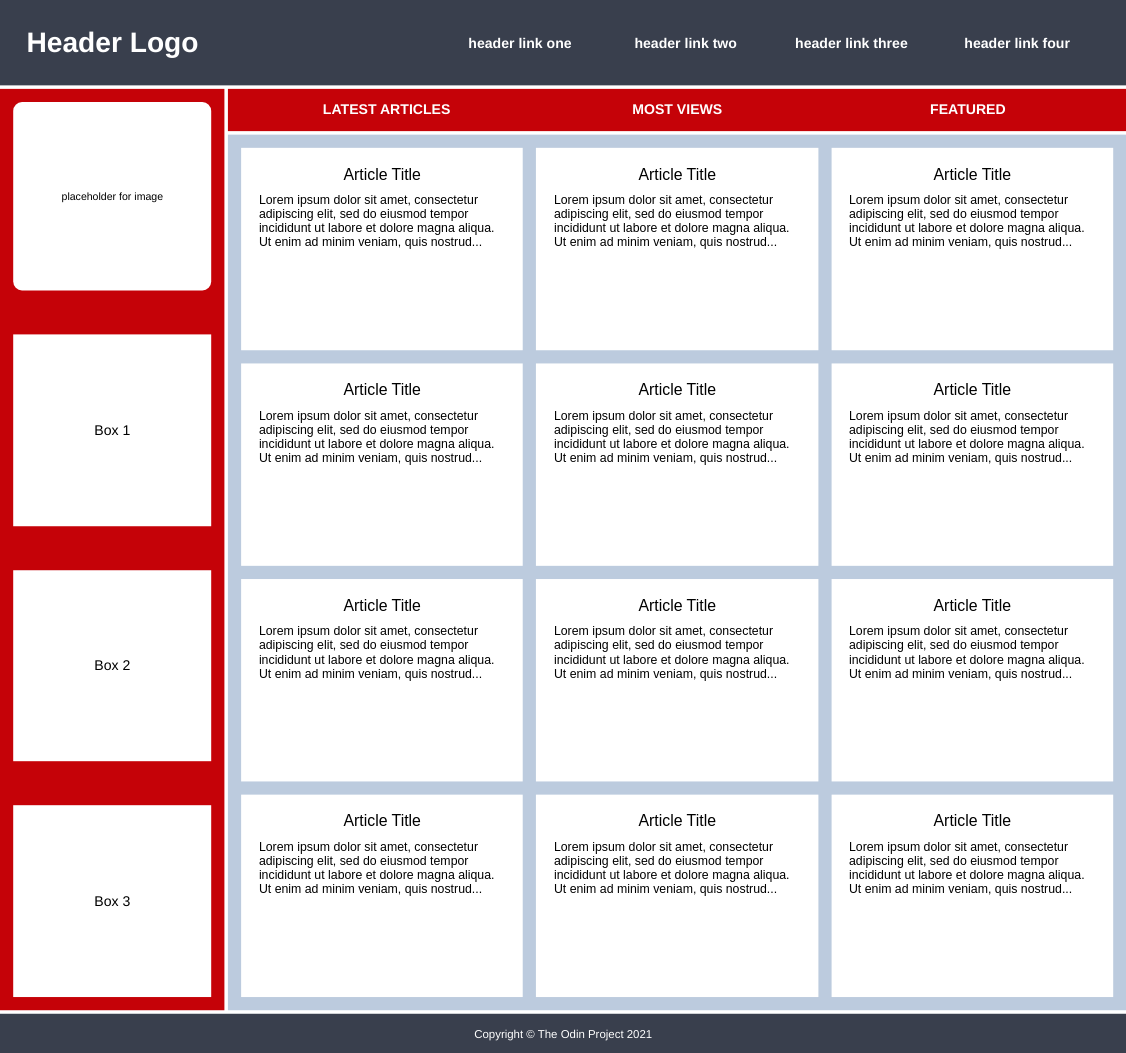
Repository: gkintu/css-exercises
Page: intermediate-html-css/advanced-grid/02-holy-grail-mockup/index.html
The author's editor kept a copy of each file at every save. The page is drawn from the files as they stood at one save, then again after the next save.
The browser window is 1280 px wide. The pictures show the whole page, at 88% of full size.

Above is the page before, as saved 2025-03-04 11:55:55.

After the next save:
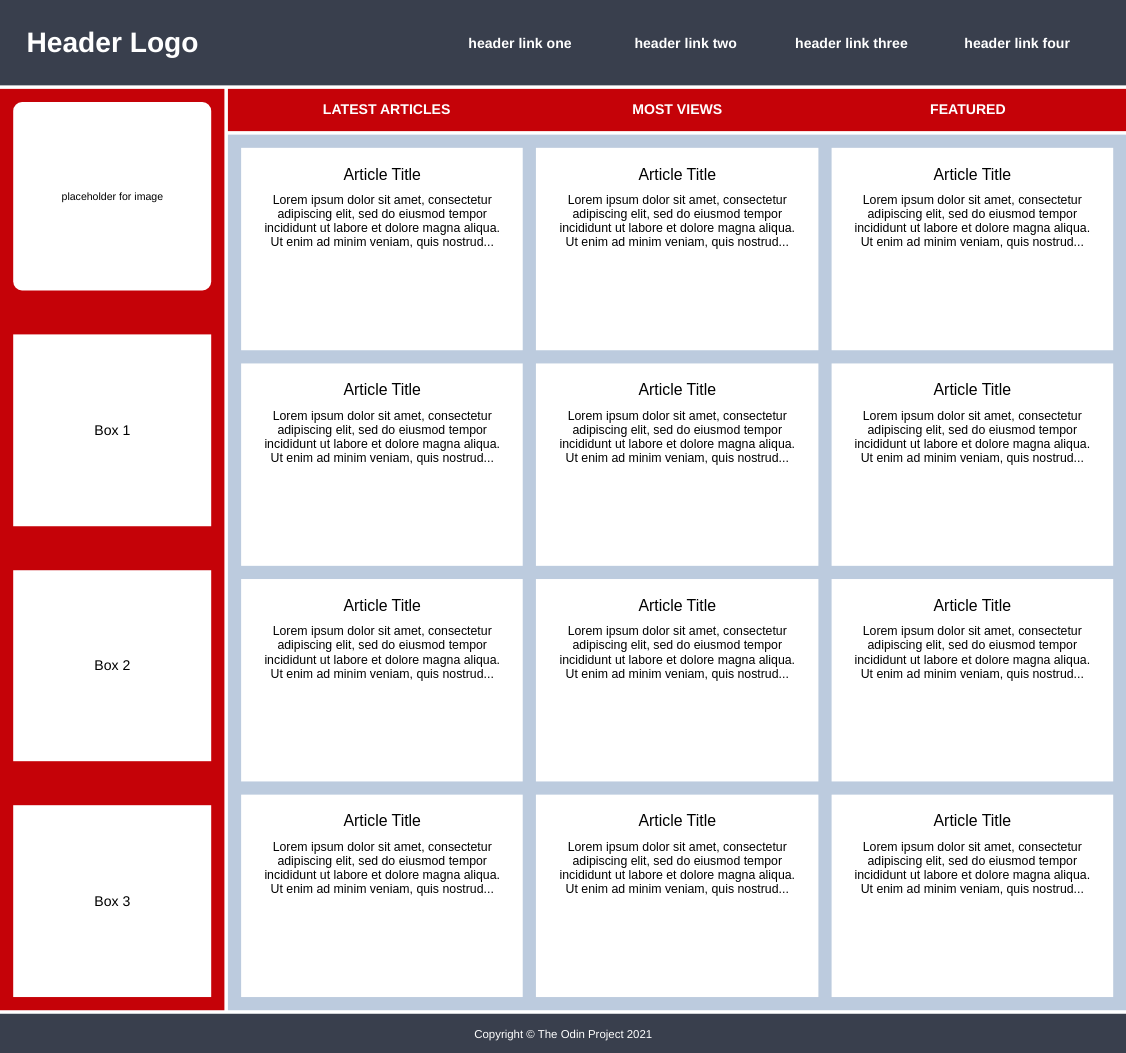
Saved 14 s later.
--- a/intermediate-html-css/advanced-grid/02-holy-grail-mockup/style.css
+++ b/intermediate-html-css/advanced-grid/02-holy-grail-mockup/style.css
@@ -123,7 +123,7 @@
   font-size: 18px;
   font-family: sans-serif;
   color: white;
-  text-align: left;
+
   padding:2px;
 }
 
